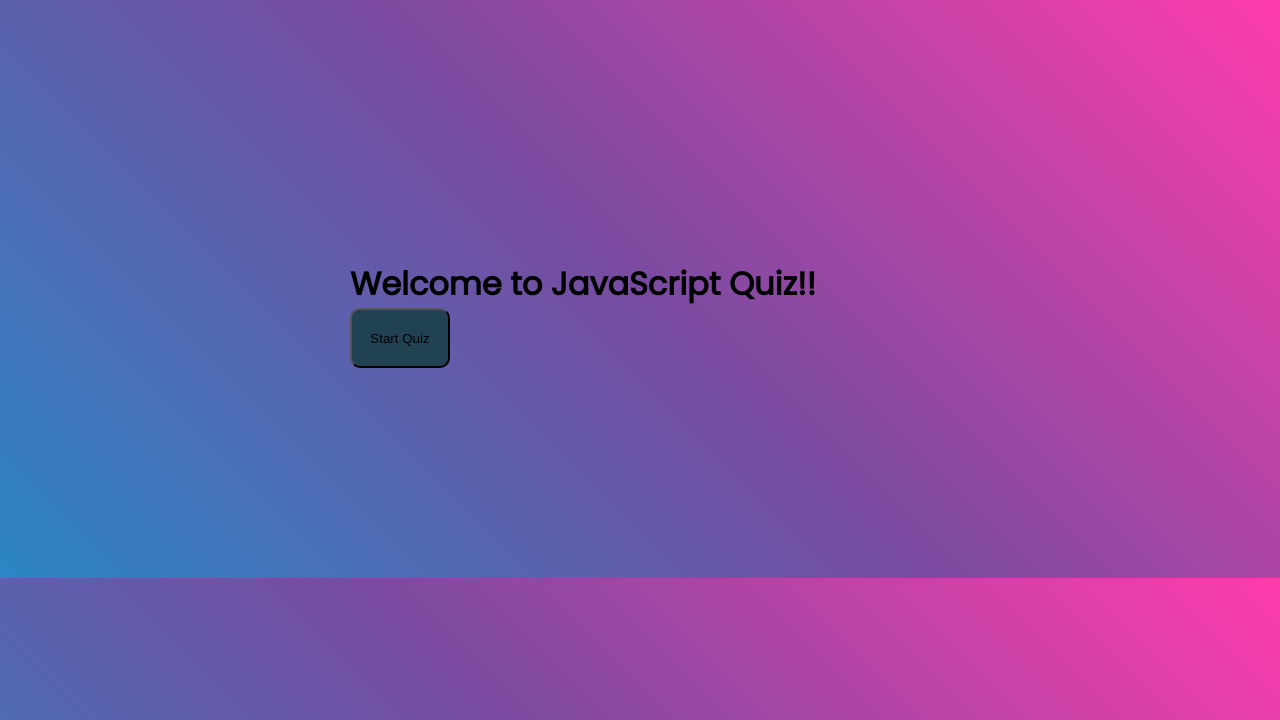
Repository: Mf948/javaQuiz
Page: index.html
An editor plug-in stored every save of this project. The page is shown before and after the next save, followed by the edit.
The browser window is 1280 px wide. The pictures show the whole page.

Above is the page before, as saved 2020-12-03 16:20:11.

### index.html
<!DOCTYPE html>
<html lang="en">
<head>
    <meta charset="UTF-8">
    <meta name="viewport" content="width=device-width, initial-scale=1.0">
    <title>Document</title>
   <link rel="stylesheet" href="stylesheet.css">
   <link rel="preconnect" href="https://fonts.gstatic.com">
<link href="https://fonts.googleapis.com/css2?family=Poppins&display=swap" rel="stylesheet">
</head>
<body>
<!-- <div class="coontainer">
       <div id ="question-container" class='hide'>
         <div id="question">Question</div>
         <div id= "answer-buttons" class ="btn-grid">


            <div>
      <div class="controls">
        <button id= "start-btn" class="start-btn btn">start</button>

        <button id= "next-btn" class="netx-btn hide" >next</button>
        </div>

    </div> -->
    <div id="welcomeContainer">
        <h1>Welcome to JavaScript Quiz!!</h1>
        <button id ="start-quiz-btn">Start Quiz</button>
    </div>

    <div id="questionContainer" class='hide_container'>
        <h1>Question</h1>
        <h2 id ="statement">statement</h2> </h2>
       <button id= "choice-A">choice A</button>
       <button id= "choice-b">choice B  </button>
       <button id= "choice-b">choice C  </button>
       <button id= "choice-b">choice D  </button>

    </div>


<script src="./script.js"></script>


</body>
</html>

### stylesheet.css
body{
    font-family: 'Poppins', sans-serif;
    background-color: #FF3CAC;
background-image: linear-gradient(225deg, #FF3CAC 0%, #784BA0 50%, #2B86C5 100%);
margin: auto;
width: 50%;
padding: 10px;

}

h1{
    margin: auto;

}
#start-quiz-btn{
    height: 60px;
    width: 100px;
    background-color: #214252;
    border-radius: 10px;

}

.hide_container {
    display: none;
}

.show_container{
    display:block;
}

### script.js
var startQuizBtn = document.getElementById("start-quiz-btn");
var question = [
    {
        statement: 'What Defines an HTML Element',
        choices: ['start tag', 'some content', 'end tag', 'all the above'],
        correct: 'all the above'
    },
    {
        statement: 'What does HTML stand for',
        choices: ['Hyper', 'some content', 'end tag', 'all the above'],
        correct: 'all the above'
    },
    {
        statement: 'What Defines an HTML Element',
        choices: ['start tag', 'some content', 'end tag', 'all the above'],
        correct: 'all the above'
    }

]
welcomeContainer.style.padding = "250px 100px 200px 30px ";

// for (var i=0; i < questions.length; i ++){
//    var response =  window.statement(questions[i].statement);
//    if (response == question[i].correct){

//    } else {
//        alert ("wrong")
//    }

// }


startQuizBtn.addEventListener('click', function() {
 console.log("start")
var welcomeContainer = document.getElementById('welcomeContainer');

welcomeContainer.style.display = 'none';

var questionContainer = document.getElementById("questionContainer")
 questionContainer.style.display = "block";
 questionContainer.setAttribute('class', 'background');



 //var questionContainer = document.getElementById("question")
 /*
 1. need to hide welcom screen

 2. shows the 1st question, and all possible choices
 3. add timer


 */


});

After the next save:
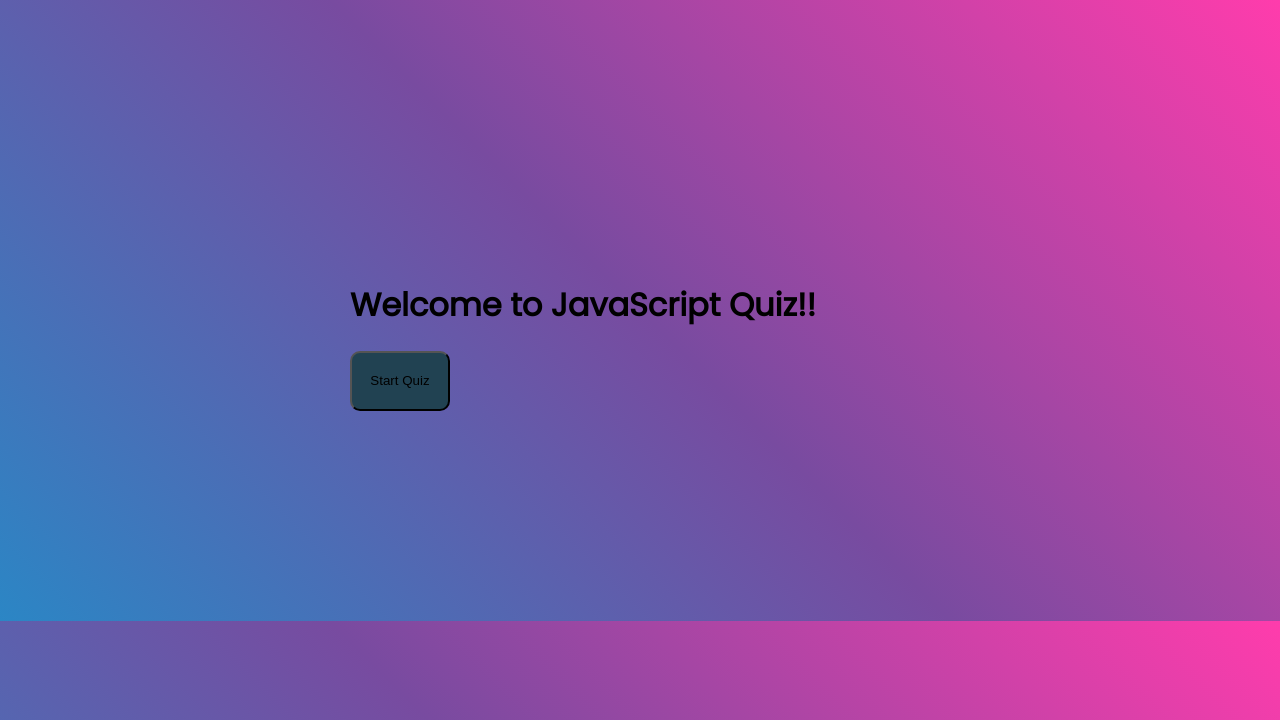
Saved 18 s later.
--- a/stylesheet.css
+++ b/stylesheet.css
@@ -8,10 +8,7 @@ padding: 10px;
 
 }
 
-h1{
-    margin: auto;
 
-}
 #start-quiz-btn{
     height: 60px;
     width: 100px;
